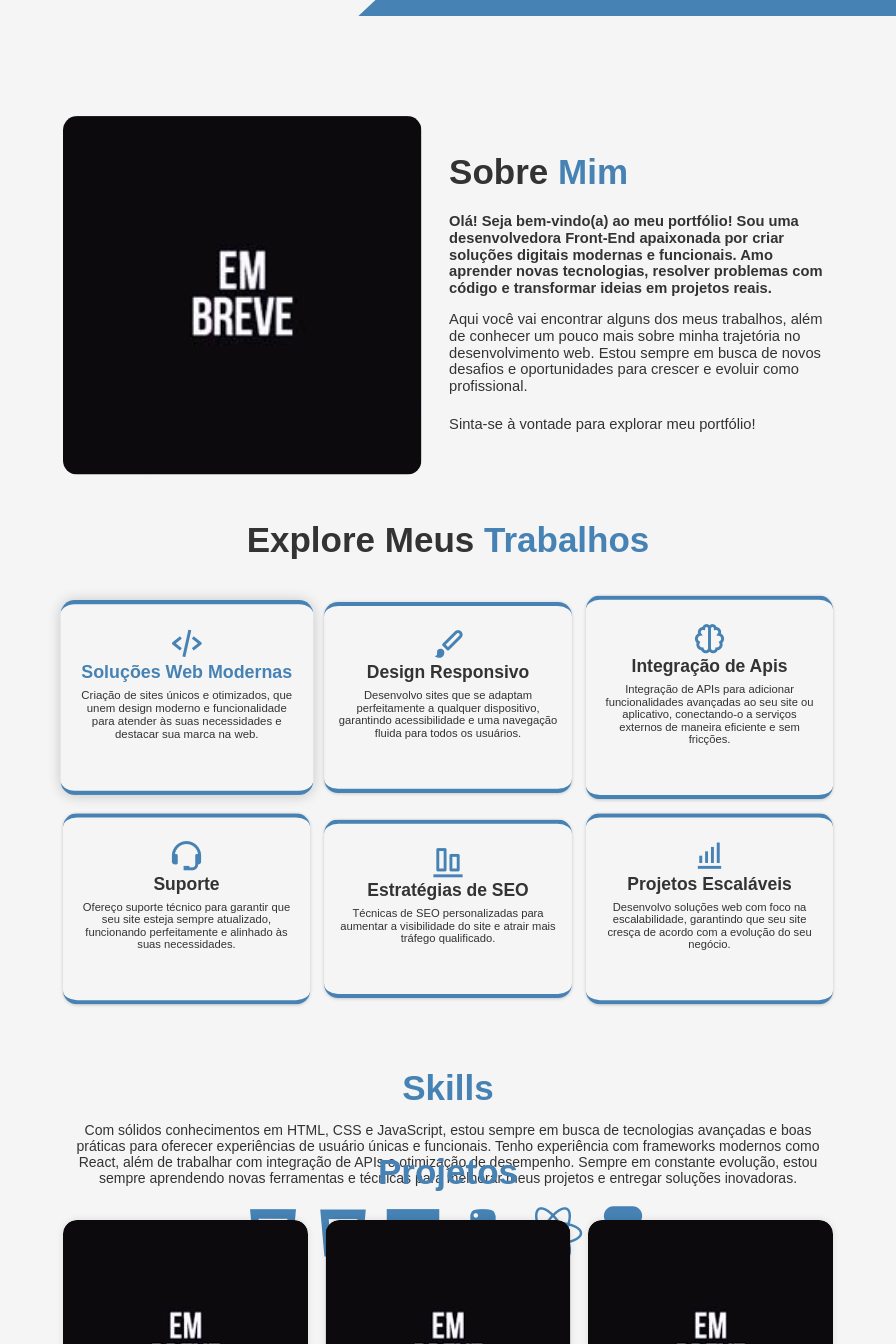
Repository: AliciaKathleen/portfolio-2025
Page: index.html
These files come from the project's save history. The page is drawn as it stood at one moment and after the next save; the edit follows.
The browser window is 1280 px wide. The pictures show the part of the page from y = 697 to 2617 px (the page is 4054 px tall), at 70% of full size.
The pointer rests on the first visible `.services-box`.

Above is the page before, as saved 2025-01-27 17:50:34.
Console error: TypeError: Cannot read properties of null (reading 'classList')

After the next save:
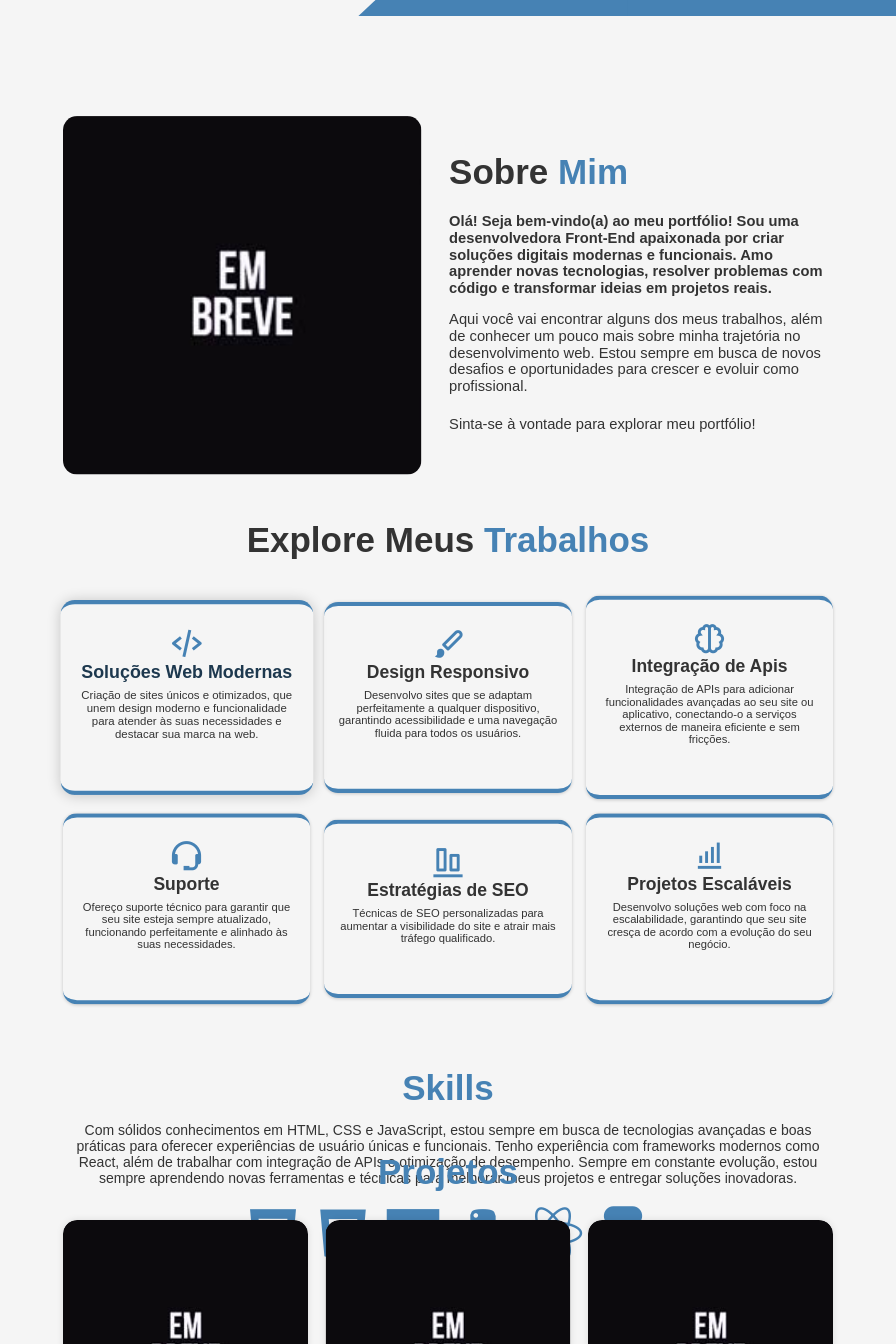
Saved 2 min 21 s later.
--- a/style.css
+++ b/style.css
@@ -341,7 +341,7 @@ span {
 }
 
 .services-box:hover h3 {
-    color: var(--main-color);
+    color: #1d384e;
 }
 
 .skills {
